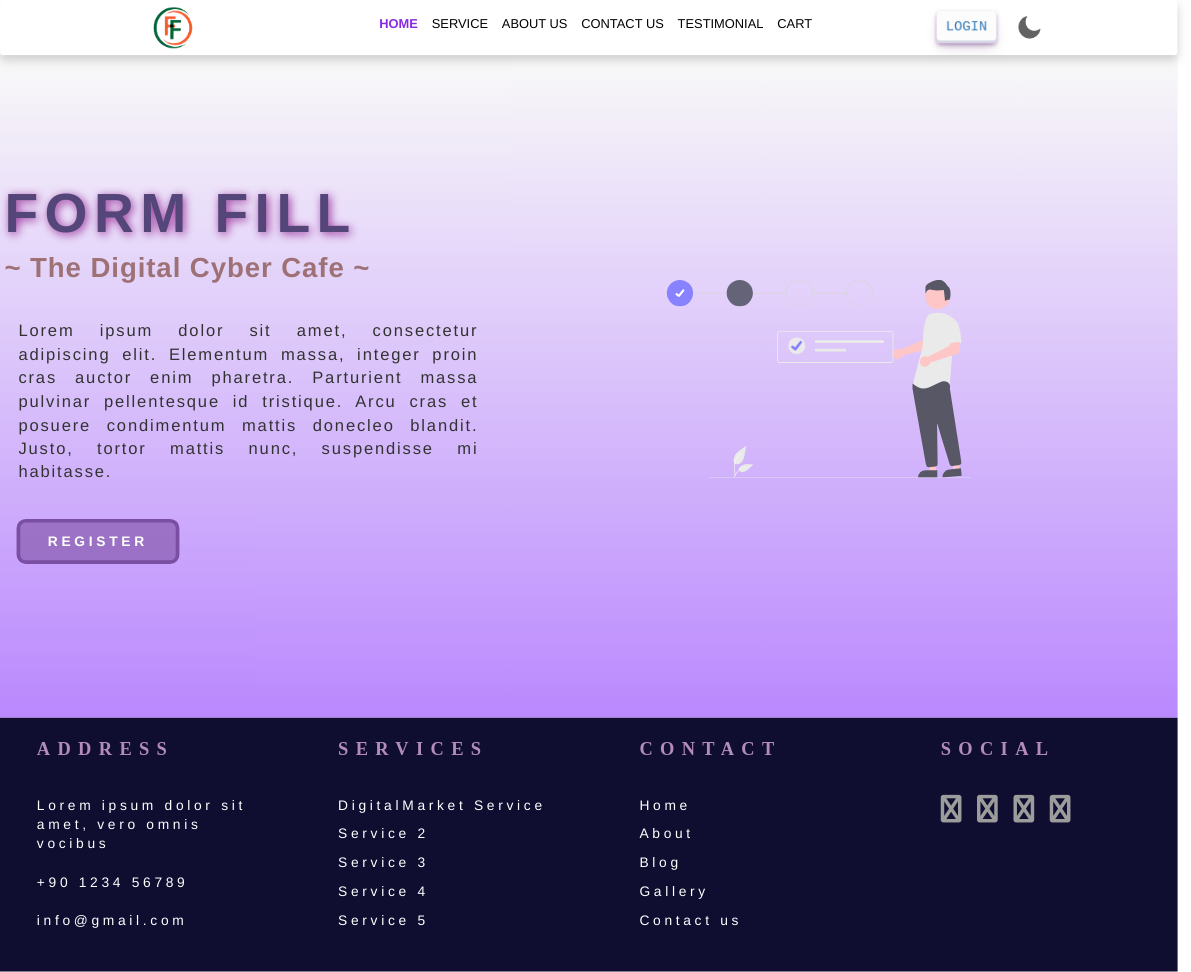
Repository: codervivek5/Formfil
Page: index.html
An editor plug-in stored every save of this project. The page is shown before and after the next save, followed by the edit.
The browser window is 1280 px wide. The page is 1295 px wide, so the pictures cover 1295 px, including what lies to the right of the window. The pictures show the whole page, at 92% of full size.
Some web fonts or font styles are not loaded; a fallback is used.

Above is the page before, as saved 2023-03-04 21:03:29.

After the next save:
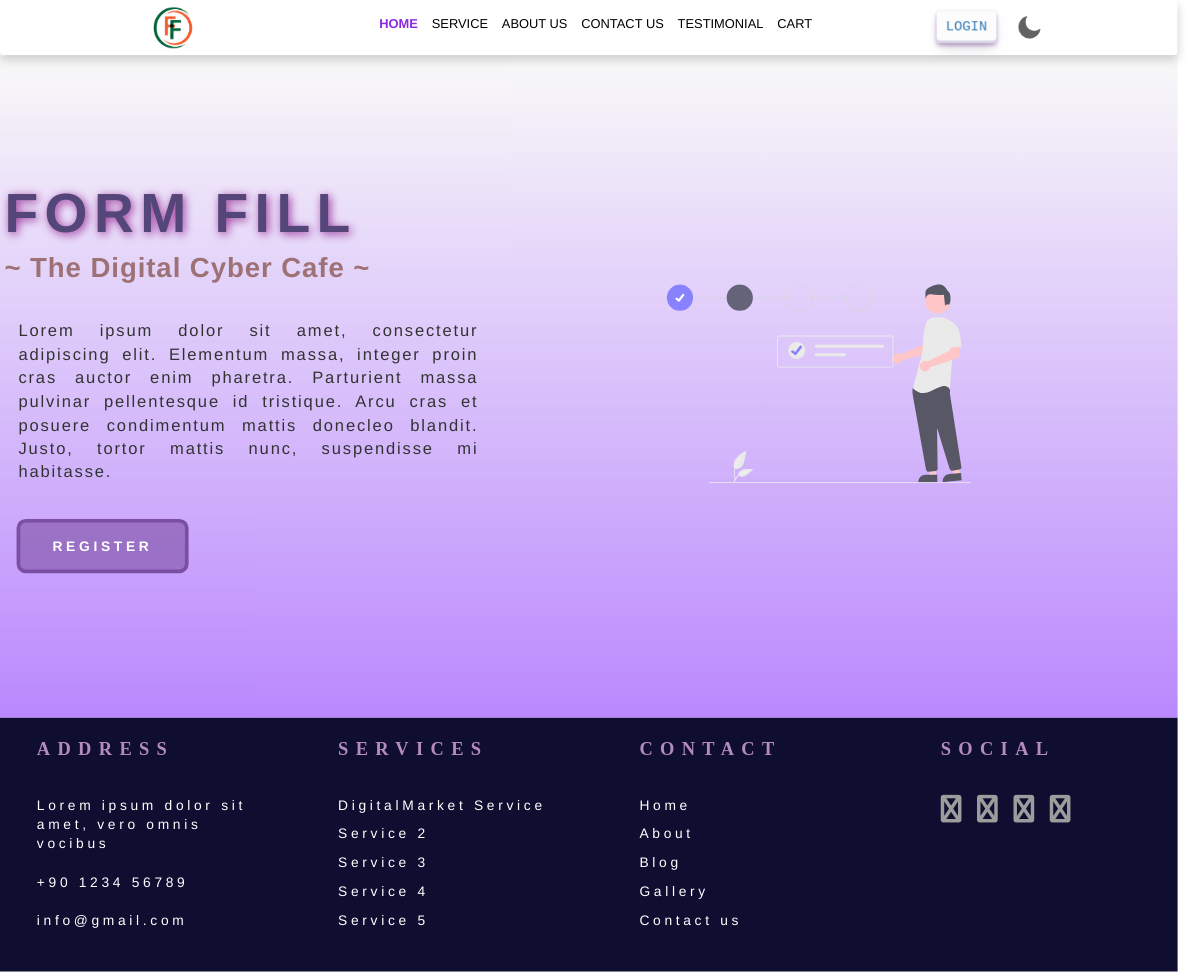
Saved 12 s later.
--- a/style/style.css
+++ b/style/style.css
@@ -231,7 +231,7 @@ overflow-x: hidden;
   margin-top: 20px;
 }
 .content button{
-    padding: 10px 30px;
+    padding: 15px 35px;
     border-radius: 10px;
     border: none;
     background-color: rgba(90, 34, 139,0.6) !important;
